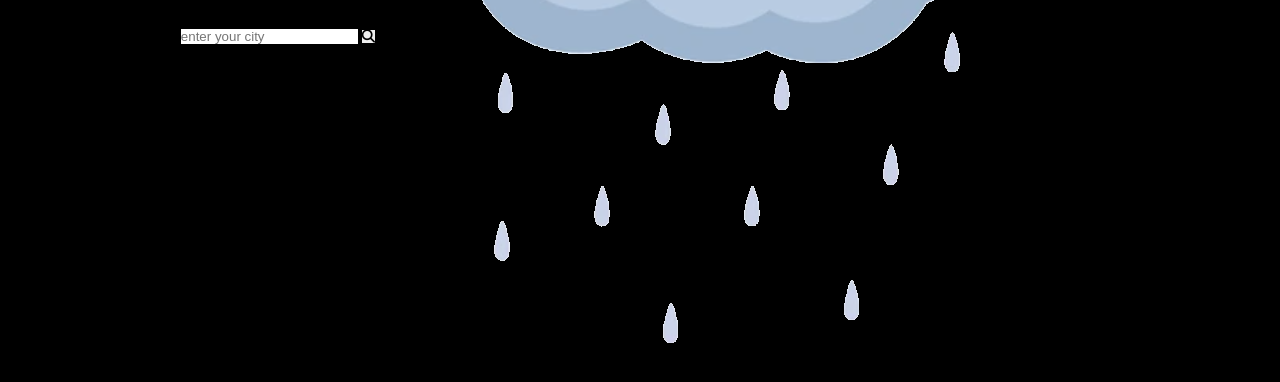
Repository: Pr1s0n3r627/weather
Page: index.html
An editor plug-in stored every save of this project. The page is shown before and after the next save, followed by the edit.
The browser window is 1280 px wide. The pictures show the whole page.
Some web libraries are served in a nearby version.

Above is the page before, as saved 2024-05-18 17:31:13.
Not found: index.js

### index.html
<!DOCTYPE html>
<html lang="en">
    <head>
        <meta charset="UTF-8">
        <meta name="viewport" content="width=device-width, initial-scale=1.0">

        <link
            href="https://fonts.googleapis.com/css2?family=Poppins:wght@300;400;500;600;700;800;900&family=Roboto:wght@300;400;500;700;900&display=swap"
            rel="stylesheet">
        <link rel="stylesheet" href="style.css">

        <title>Day 1 - weather app 🙏🙏</title>
    </head>
    <body>

        <div class="container">
            <div class="searchbox">
                <i class="fa-solid fa-location-dot"></i>
                <input type="text" placeholder = "enter your city">
                <button class = "fa-solid fa-magnifying-glass"></button>
            </div>
        </div>

        <div class="notfound">
            <img src="not-found.png">
            <p>Location not found</p>
        </div>

        <div class="weatherbox">
            <img src="">
            <p class="temperature"></p>
            <p class="description"></p>
        </div>

        <div class="weather-details">
            <div class="humidity">
                <i class="fa-solid fa-water"></i>
                <span></span>
                <p>Humidity</p>
            </div>
            <div class="wind">
                <i class="fa-solid fa-wind"></i>
                <span></span>
                <p>Wind Speed</p>
            </div>
        </div>

        <script src="https://kit.fontawesome.com/7c8801c017.js" crossorigin="anonymous"></script>
        <script src="index.js"></script>
    </body>
</html>

### style.css
*{
    margin: 0;
    padding: 0;
    border: 0;
    outline: none;
    box-sizing: border-box;
}

body{
    height: 10vh;
    display: flex;
    align-items: center;
    justify-content: center;
    background: #000;
}

.container{
    position: relative;
}

After the next save:
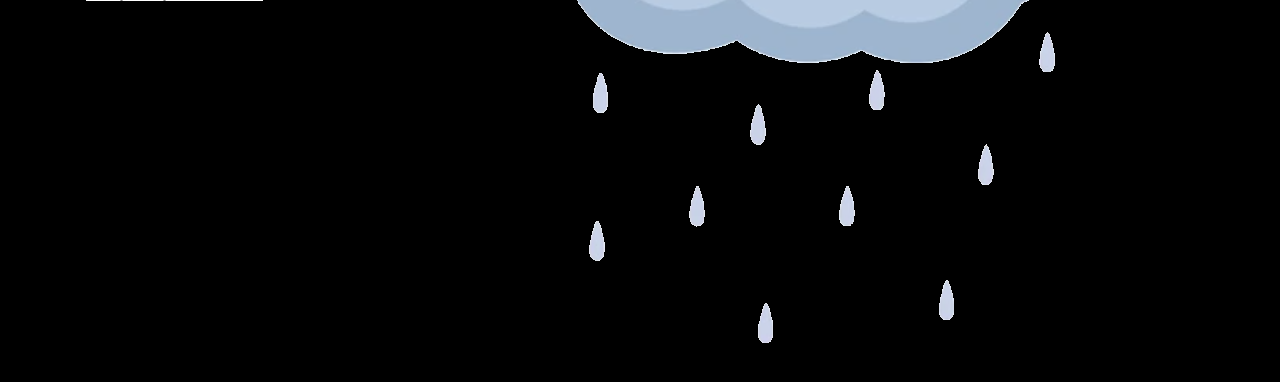
Saved 32 s later.
--- a/style.css
+++ b/style.css
@@ -16,4 +16,6 @@ body{
 
 .container{
     position: relative;
+    width: 400px;
+    height: 105px;
 }
